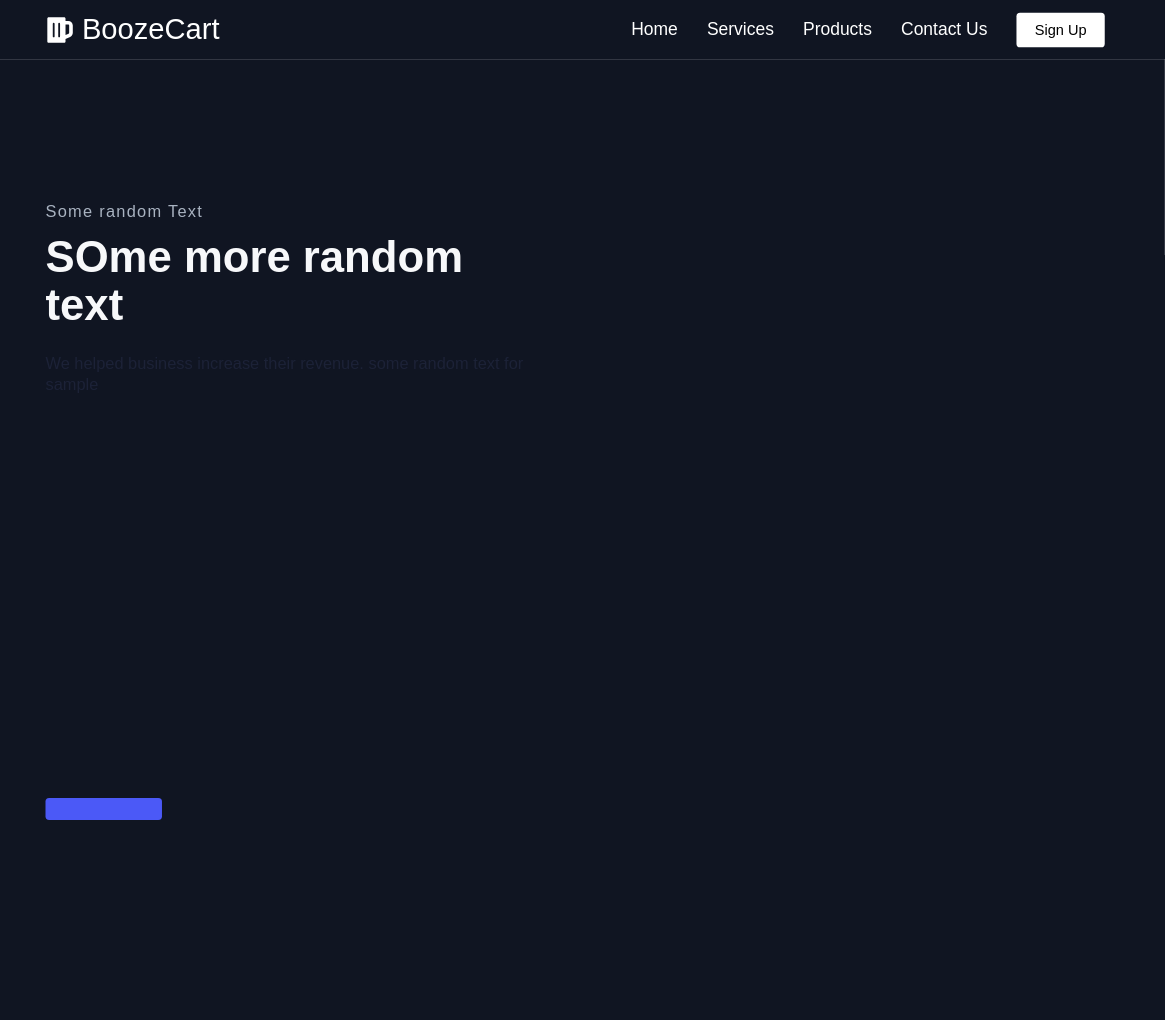
Repository: ajaygc95/Django-and-react
Page: / (app in galamart_sell/boozecart/)
The author's editor kept a copy of each file at every save. The page is drawn from the files as they stood at one save, then again after the next save.
The browser window is 1280 px wide. The pictures show the whole page, at 91% of full size.
The project was rebuilt for these pictures with package versions that can differ from the ones it lists, and the page was loaded fresh each time.

Above is the page before, as saved 2021-04-12 23:56:56.

### galamart_sell/boozecart/src/App.js
import { Navbar } from "./components";
import { BrowserRouter as Router, Switch, Route } from "react-router-dom";
import GlobalStyle from "./globalStyles";
import Home from "./pages/HomePage/Home";
function App() {
  return (
    <Router>
      <GlobalStyle />
      <Navbar></Navbar>
      <Switch>
        <Route path="/" exact component={Home}></Route>
      </Switch>
    </Router>
  );
}

export default App;

### galamart_sell/boozecart/src/components/index.js
export { default as Navbar } from "./NavBar/Navbar";
export { default as InfoSection } from "./InfoSection/InfoSection";

### galamart_sell/boozecart/src/globalStyles.js
import styled, { createGlobalStyle } from "styled-components";

const GlobalStyle = createGlobalStyle`
*{
    box-sizing: border-box;
    margin: 0;
    padding: 0;
    font-family: 'Source Sans Pro', sans-serif;
}

`;

export const Container = styled.div`
  z-index: 1;
  width: 100%;
  margin-right: auto;
  margin-left: auto;
  max-width: 1300px;
  padding-right: 50px;
  padding-left: 50px;

  @media screen and (max-width: 991px) {
    padding-right: 30px;
    padding-left: 30px;
  }
`;

export const Button = styled.button`
  border-radius: 4px;
  background: ${({ primary }) => (primary ? "#4b59f7" : "white")};
  white-space: nowrap;
  padding: ${({ big }) => (big ? "12px 64px" : "10px 20px")};
  font-size: ${({ fontBig }) => (fontBig ? "20px" : "16px")};
  outline: none;
  border: none;
  cursor: pointer;

  &:hover {
    transition: all 0.3s ease-out;
    background: ${({ primary }) => (primary ? "#0467fb" : "#4b59f7")};
    color: white;
  }

  @media screen and (max-width: 960px) {
    width: 100%;
  }
`;

export default GlobalStyle;

### galamart_sell/boozecart/src/pages/HomePage/Home.js
import React from "react";
import { InfoSection } from "../../components";
import { homeObj } from "./Data";

const Home = () => {
  return (
    <>
      <InfoSection {...homeObj}></InfoSection>
    </>
  );
};

export default Home;

### galamart_sell/boozecart/src/components/NavBar/Navbar.js
import React, { useEffect, useState } from "react";
import { FaBars, FaTimes } from "react-icons/fa";
import { Button } from "../../globalStyles";

import {
  Nav,
  NavbarContainer,
  NavIcon,
  NavLogo,
  MobileIcon,
  NavMenu,
  NavItem,
  NavLinks,
  NavItemBtn,
  NavBtnLink,
} from "./Navbar.element";

const Navbar = () => {
  const [click, setClick] = useState(false);
  const [button, setButton] = useState(true);
  const handleClick = () => setClick(!click);

  const showButton = () => {
    if (window.innerWidth <= 960) {
      setButton(false);
    } else {
      setButton(true);
    }
  };

  useEffect(() => {
    showButton();
  });
  window.addEventListener("resize", showButton);
  return (
    <>
      <Nav>
        <NavbarContainer>
          <NavLogo to="/">
            <NavIcon />
            BoozeCart
          </NavLogo>
          <MobileIcon onClick={handleClick}>
            {click ? <FaTimes /> : <FaBars />}
          </MobileIcon>
          <NavMenu onClick={handleClick} click={click}>
            <NavItem>
              <NavLinks to="/">Home</NavLinks>
            </NavItem>
            <NavItem>
              <NavLinks to="/services">Services</NavLinks>
            </NavItem>
            <NavItem>
              <NavLinks to="/Products">Products</NavLinks>
            </NavItem>
            <NavItem>
              <NavLinks to="/contact">Contact Us</NavLinks>
            </NavItem>
            <NavItemBtn>
              {button ? (
                <NavBtnLink to="/sign-up">
                  <Button> Sign Up</Button>
                </NavBtnLink>
              ) : (
                <NavBtnLink to="/sign-up">
                  <Button fontBig primary>
                    Sign Up
                  </Button>
                </NavBtnLink>
              )}
            </NavItemBtn>
          </NavMenu>
        </NavbarContainer>
      </Nav>
    </>
  );
};

export default Navbar;

### galamart_sell/boozecart/src/components/InfoSection/InfoSection.js
import React from "react";
import { Link } from "react-router-dom";
import { Button, Container } from "../../globalStyles";
import {
  Heading,
  InfoColumn,
  InfoRow,
  InfoSec,
  Subtitle,
  TextWrapper,
  TopLine,
} from "./InfoSection.element";

const InfoSection = ({
  primary,
  lightBg,
  imgStart,
  lightTopLine,
  lightTextDesc,
  buttonLabel,
  description,
  headline,
  lightText,
  topLine,
}) => {
  return (
    <>
      <InfoSec lightBg={lightBg}>
        <Container>
          <InfoRow imgStart={imgStart}>
            <InfoColumn>
              <TextWrapper>
                <TopLine lightTopLine={lightTopLine}>{topLine}</TopLine>
                <Heading lightText={lightText}>{headline}</Heading>
                <Subtitle lightText={lightTextDesc}>{description}</Subtitle>
                <Link tp="/sign-up">
                  <Button big fontBig primary={primary}></Button>
                </Link>
              </TextWrapper>
            </InfoColumn>
          </InfoRow>
        </Container>
      </InfoSec>
    </>
  );
};

export default InfoSection;

### galamart_sell/boozecart/src/pages/HomePage/Data.js
export const homeObj = {
  lightBg: false,
  primary: true,
  lightBg: false,
  imgStart: "",
  lightTopLine: true,
  lightTextDesc: true,
  buttonLabel: "Get Started",
  description:"We helped business increase their revenue. some random text for sample",
  headline: "SOme more random text",
  lightText: true,
  topLine: "Some random Text",
};

### galamart_sell/boozecart/src/components/NavBar/Navbar.element.js
import styled from "styled-components";
import { Container } from "../../globalStyles";
import { Link } from "react-router-dom";
import { FaBeer } from "react-icons/fa";

export const Nav = styled.nav`
  background: #101522;
  height: 65px;
  display: flex;
  justify-content: center;
  align-items: center;
  font-size: 1.2rem;
  position: sticky;
  top: 0;
  z-index: 999;
  color: white;
`;

export const NavbarContainer = styled(Container)`
  display: flex;
  justify-content: space-between;
  align-items: center;
  height: 65px;
$(Container)

`;

export const NavLogo = styled(Link)`
  color: #fff;
  justify-self: flex-start;
  cursor: pointer;
  text-decoration: none;
  font-size: 2rem;
  display: flex;
  align-items: center;
`;

export const NavIcon = styled(FaBeer)`
  margin-right: 0.5rem;
  color: white;
`;

export const MobileIcon = styled.div`
  display: none;

  @media screen and (max-width: 960px) {
    display: flex;
    align-items: center;
    display: block;
    position: absolute;
    right: 10px;
    line-height: 65px;
    font-size: 2rem;
    cursor: pointer;
  }
`;

export const NavMenu = styled.ul`
  display: flex;
  align-items: center;
  text-align: center;
  list-style: none;

  @media screen and (max-width: 960px) {
    display: flex;
    flex-direction: column;
    width: 100%;
    height: 90vh;
    position: absolute;
    top: 65px;
    left: ${({ click }) => (click ? 0 : "-100%")};
    opacity: 1;
    transition: all 0.3s ease;
    background: #101522;
  }
`;

export const NavItem = styled.li`
  height: 65px;
  border-bottom: 2px solid transparent;

  &:hover {
    border-bottom: 2px solid #0467fb;
  }

  @media screen and (max-width: 960px) {
    width: 100%;
    align-items: center;
    &:hover {
      border: none;
    }
  }
`;

export const NavLinks = styled(Link)`
  color: #fff;
  display: flex;
  align-items: center;
  text-decoration: none;
  padding: 0.5rem 1rem;
  height: 100%;

  &:hover {
    color: #0467fb;
  }

  @media screen and (max-width: 960px) {
    text-align: center;
    padding: 2rem;
    width: 100%;
    display: table;

    &:hover {
      color: #4b59f7;
      transition: all 0.3s ease;
    }
  }
`;

export const NavItemBtn = styled.li`
  display: flex;
  @media screen and (max-width: 960px) {
    display: flex;
    justify-content: center;
    width: 100%;
    width: 100%;
    height: 120px;
  }
`;

export const NavBtnLink = styled(Link)`
  display: flex;
  justify-content: center;
  align-items: center;
  text-decoration: none;
  padding: 8px 16px;
  height: 100%;
  width: 100%;
  border: none;
  outline: none;
`;

### galamart_sell/boozecart/src/components/InfoSection/InfoSection.element.js
import styled from "styled-components";

export const InfoSec = styled.div`
  color: #fff;
  padding: 160px 0;
  background: ${({ lightBg }) => (lightBg ? "#fff" : "#101522")};
`;

export const InfoRow = styled.div`
  display: flex;
  margin: 0 -15px -15px -15px;
  flex-wrap: wrap;
  align-items: center;
  flex-direction: ${({ imgStart }) => (imgStart ? "row-reverse" : "row")};
`;

export const InfoColumn = styled.div`
  margin-bottom: 15px;
  padding-right: 15px;
  padding-left: 15px;
  flex: 1;
  max-width: 50%;
  flex-basis: 50%;

  @media screen and (max-width: 768px) {
    max-width: 100%;
    flex-basis: 100%;
    display: flex;
    justify-content: center;
  }
`;

export const TextWrapper = styled.div`
  max-width: 540px;
  padding-top: 0;
  padding-bottom: 60px;

  @media screen and (max-width: 768px) {
    padding-bottom: 65px;
  }
`;

export const TopLine = styled.div`
  color: ${({ lightTopLine }) => (lightTopLine ? "#a9b3c1" : "#4b59f7")};
  font-size: 18px;
  line-height: 16px;
  letter-spacing: 1.4px;
  margin-bottom: 16px;
`;

export const Heading = styled.h1`
  margin-bottom: 24px;
  font-size: 48px;
  line-height: 1.1;
  color: ${({ lightText }) => (lightText ? "#f7f8fa" : "#1c2237")};
`;

export const Subtitle = styled.p`
  margin-bottom: 440px;
  font-size: 35px;
  font-size: 18px;
  line-height: 24px;
  color: ${({ lightTextDesc }) => (lightTextDesc ? "#a9b3c1" : "#1c2237")};
`;

Loaded but not shown: galamart_sell/boozecart/public/index.html (common file); galamart_sell/boozecart/src/index.js (common file)

After the next save:
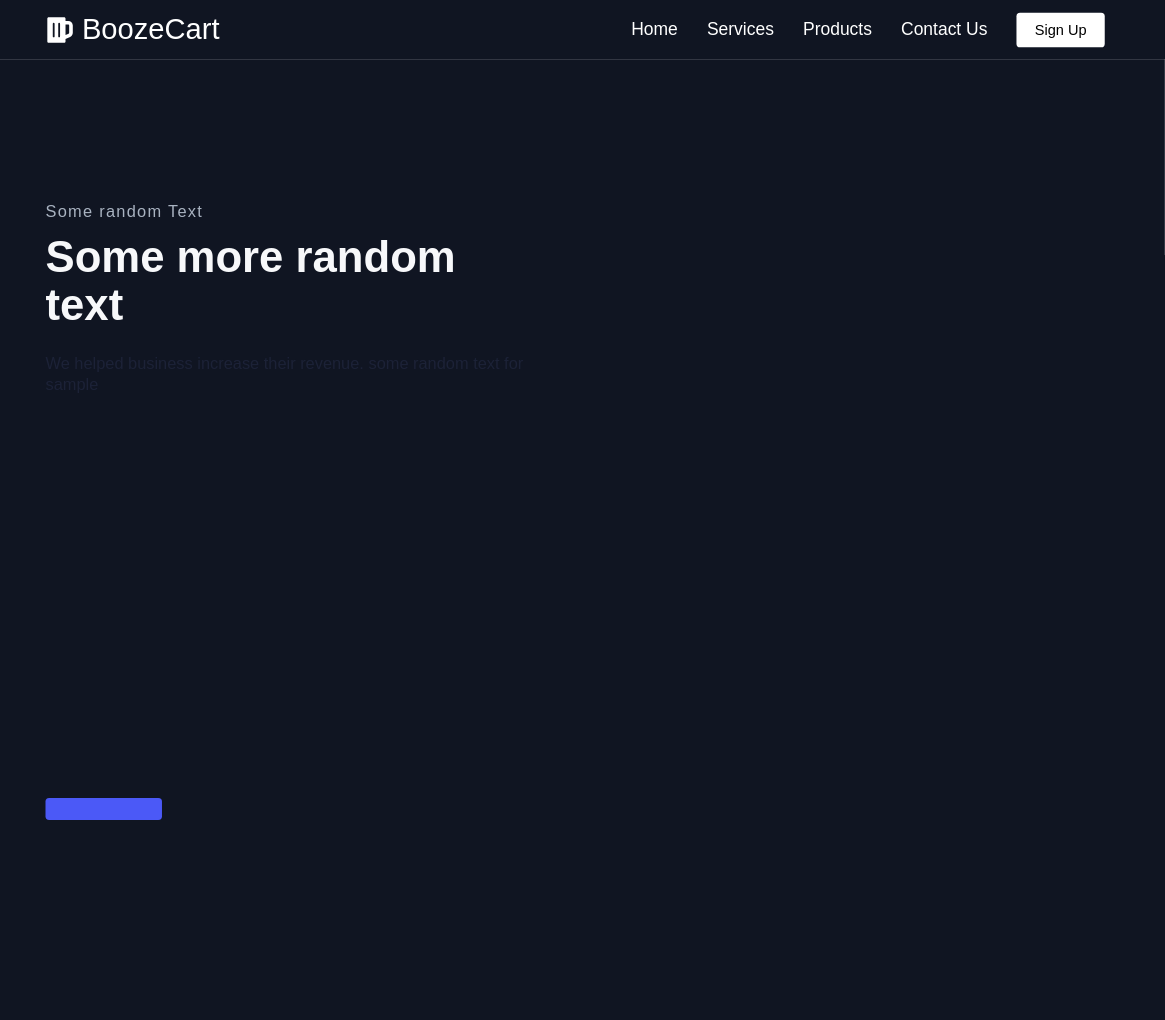
Saved 16 s later.
--- a/galamart_sell/boozecart/src/pages/HomePage/Data.js
+++ b/galamart_sell/boozecart/src/pages/HomePage/Data.js
@@ -7,7 +7,7 @@ export const homeObj = {
   lightTextDesc: true,
   buttonLabel: "Get Started",
   description:"We helped business increase their revenue. some random text for sample",
-  headline: "SOme more random text",
+  headline: "Some more random text",
   lightText: true,
   topLine: "Some random Text",
 };
